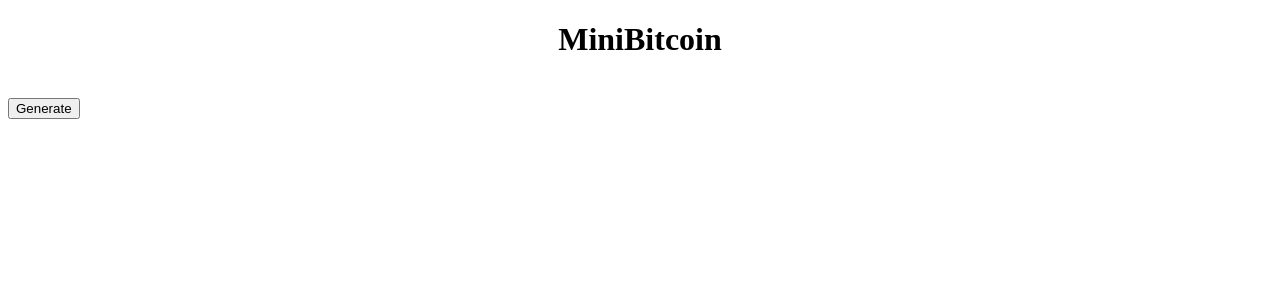
Repository: lam4562311/Minibitcoin
Page: http://localhost/
These files come from the project's save history. The page is drawn as it stood at one moment and after the next save; the edit follows.
The browser window is 1280 px wide. The pictures show the whole page.
Some web libraries are served in a nearby version. The page is served by the project's application, run on Flask 3 (bitcoin-5003.py).

Above is the page before, as saved 2022-04-08 18:24:20.

After the next save:
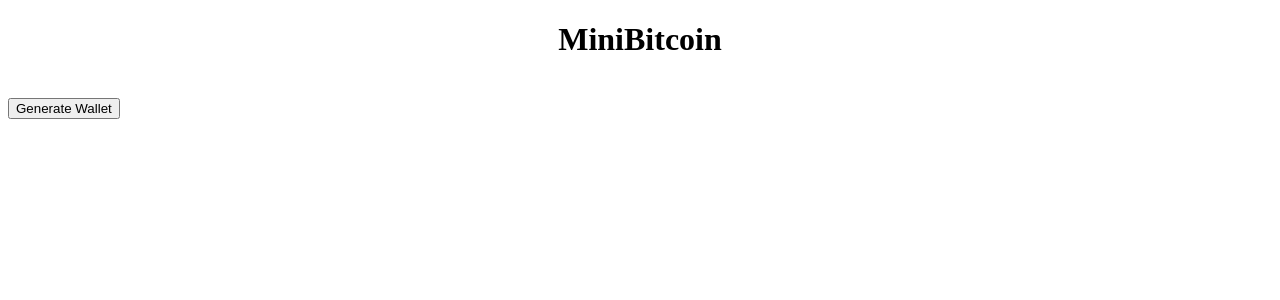
Saved 19 s later.
--- a/templates/homepage.html
+++ b/templates/homepage.html
@@ -4,7 +4,7 @@
         <h1><center> MiniBitcoin </center></h1>
         <span id="sth"></span>
     <br/>
-    <button id="generate_wallet_bt">Generate</button>
+    <button id="generate_wallet_bt"><center>Generate Wallet</center></button>
     <script src="//ajax.googleapis.com/ajax/libs/jquery/1.9.1/jquery.min.js"></script>
     <script src="{{url_for("static", filename="index.js")}}"></script>
     </body>
